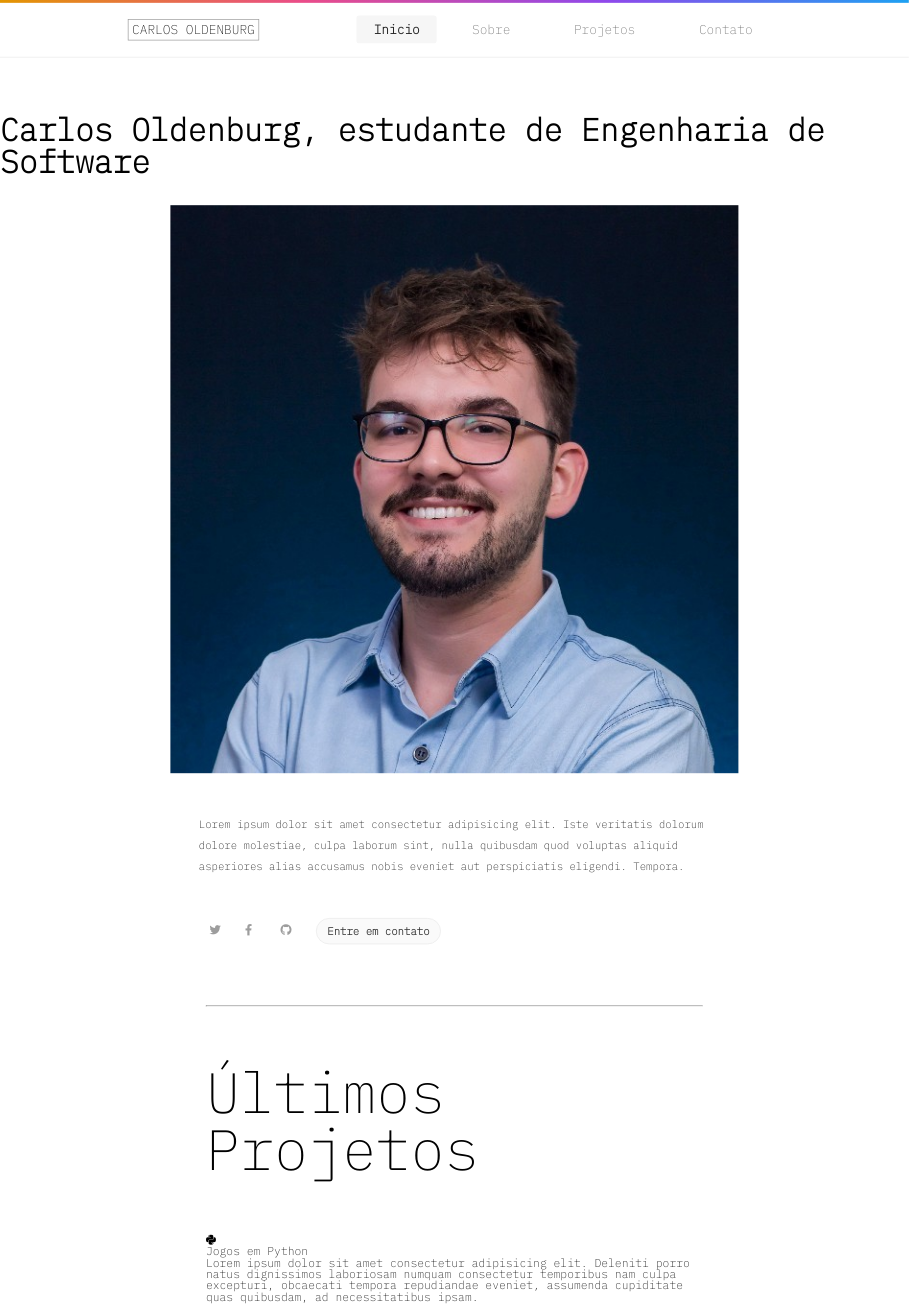
Repository: Carolden/PortfolioCrie
Page: index.html
The author's editor kept a copy of each file at every save. The page is drawn from the files as they stood at one save, then again after the next save.
The browser window is 1280 px wide. The pictures show the whole page, at 71% of full size.

Above is the page before, as saved 2023-05-23 09:54:56.

After the next save:
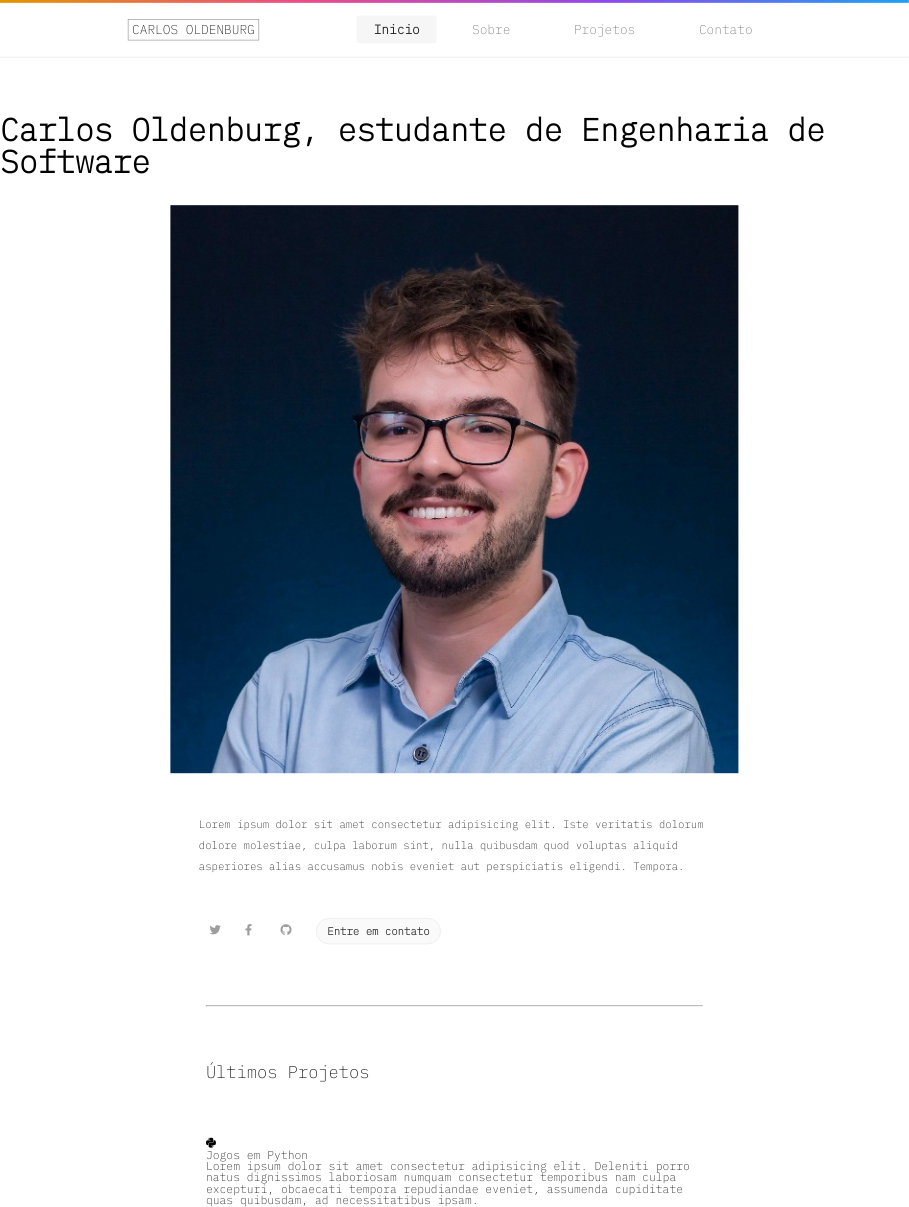
Saved 9 s later.
--- a/styles/components/project index.css
+++ b/styles/components/project index.css
@@ -1,6 +1,6 @@
 .h2 {
     padding-bottom: 80px;
-    font-size: 80px;
+    font-size: 24px;
 }
 
 .project__index {
